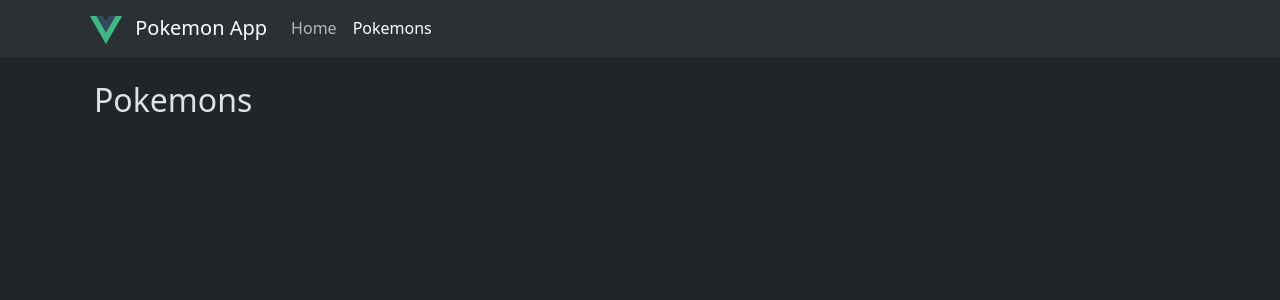
Repository: jjdevzinho/curso-vue-pinia-com-ts-poke-api
Page: /pokemons
These files come from the project's save history. The page is drawn as it stood at one moment and after the next save; the edit follows.
The browser window is 1280 px wide. The pictures show the whole page.
The page's requests for data from a server got no answer. The project was rebuilt for these pictures with package versions that can differ from the ones it lists, and the page was loaded fresh each time. No one was signed in, and anything a server would have sent is missing. Also part of the build but not shown: vite.config.ts, src/views/HomeView.vue.

Above is the page before, as saved 2024-10-13 20:47:19.

After the next save:
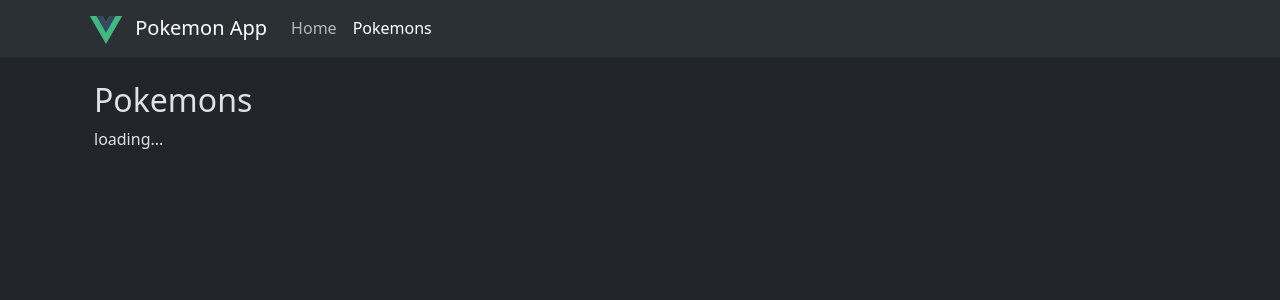
Saved 12 s later.
--- a/src/views/PokemonListView.vue
+++ b/src/views/PokemonListView.vue
@@ -8,7 +8,7 @@
 
 <template>
   <h2>Pokemons</h2>
-  <p v-if="loading">loading...</p>
+  <p v-if="true">loading...</p>
   <div v-if="data">
     <ul class="">
       <li v-for="pokemon in data.results" :key="pokemon.name">

After the save that followed:
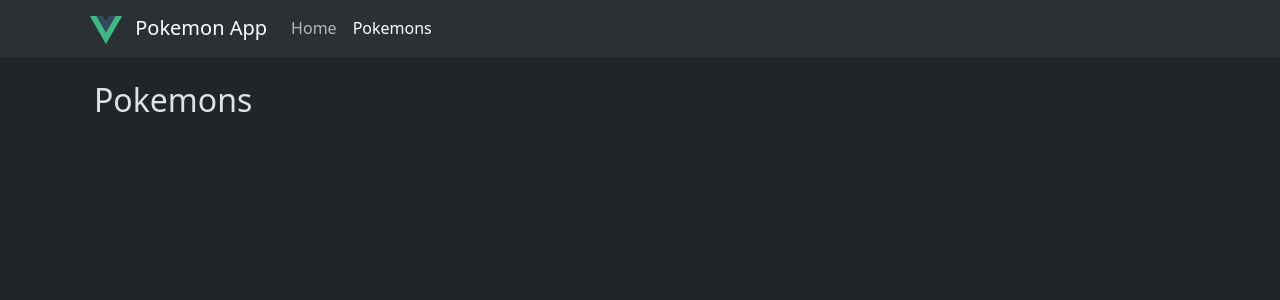
Saved 36 s later.
--- a/src/views/PokemonListView.vue
+++ b/src/views/PokemonListView.vue
@@ -8,8 +8,8 @@
 
 <template>
   <h2>Pokemons</h2>
-  <p v-if="true">loading...</p>
-  <div v-if="data">
+  <p v-if="loading">loading...</p>
+  <div v-if="true">
     <ul class="">
       <li v-for="pokemon in data.results" :key="pokemon.name">
         <RouterLink :to="`/pokemons/${pokemon.name}`">
